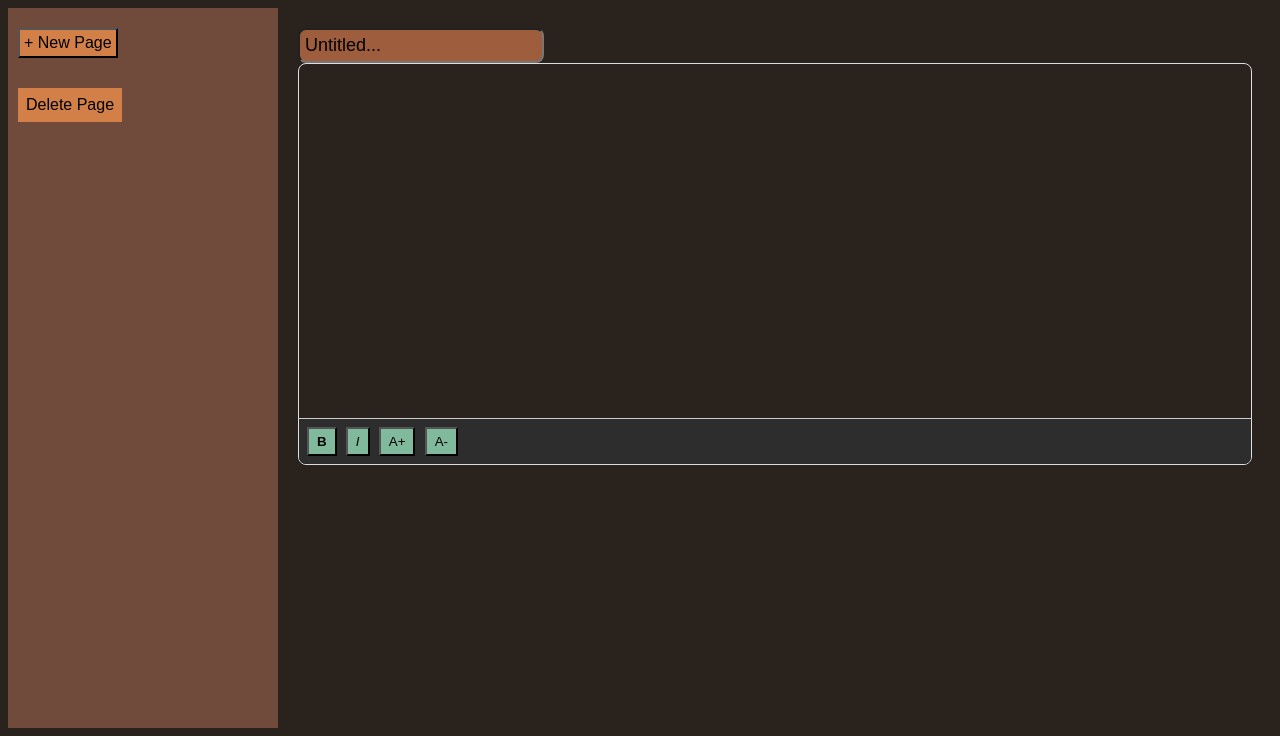
Repository: Dharshinimk-521/notes-app
Page: index.html
An editor plug-in stored every save of this project. The page is shown before and after the next save, followed by the edit.
The browser window is 1280 px wide. The pictures show the whole page.

Above is the page before, as saved 2026-04-18 23:18:46.
Console error: TypeError: Cannot read properties of null (reading 'addEventListener')

### index.html
<!DOCTYPE html>
<html lang="en">
    <head>
        <meta charset="UTF-8">
        <meta name="viewport" content="width=device-width, initial-scale=1.0">
        <title>Notes App</title>
        <link rel="stylesheet" href="style.css">
        <link rel="preconnect" href="https://fonts.googleapis.com">
        <link rel="preconnect" href="https://fonts.gstatic.com" crossorigin>
        <link href="https://fonts.googleapis.com/css2?family=Montserrat:ital,wght@0,100..900;1,100..900&display=swap" rel="stylesheet">
        <script src="app.js" defer></script>
    </head>
    <body>
    <div class="app">

        <aside class="sidebar">
        <button id="newPageBtn">+ New Page</button>
        <ul id="pageList"></ul>
        <button id="deletePageBtn"> Delete Page</button>
        </aside>

        <main class="editor">
            <input id="pageTitle" placeholder="Untitled..." />

            <div class="editor-container">


                <div class="tool-bar">
                    <button onclick="formatText('bold')"><b>B</b></button>
                    <button onclick="formatText('italic')"><i>I</i></button>
                    <button onclick="changeFontSize(1)">A+</button>
                    <button onclick="changeFontSize(-1)">A-</button>
                </div>



            </div>
        </main>

    </div>


    </body>
</html>

### style.css
body{
    font-family:'Montserrat',sans-serif;
    background-color: #29221D;
}
.app {
  margin: 0;
  display: flex;
  height: 100vh;

}

.sidebar {
  width: 250px;
  background: #704B3C;
  padding: 10px;
}

.editor {
  flex: 1;
  padding: 20px;
}

#editorArea {
  min-height: 400px;
  background-color: #F6CEA9;
  border: 1px solid #9E5E3D;
  padding: 10px;
  font-size: 16px;
}
#newPageBtn{
 background-color: #D28048;
 padding: 4px;
 margin-top: 10px;
 cursor:pointer;
 font-size: 16px;
}
#pageTitle{
    padding:5px;
    background-color: #9E5E3D;
    color: black;
    border-radius :8px;
    font-size: 18px;
}
::placeholder{
    color:black;
    opacity: 1
}
#deletePageBtn {
  margin-top: 10px;
  background: #D28048;
  color: black;
  border: none;
  padding: 8px;
  cursor: pointer;
  font-size: 16px;
  font-size: 16px;
}
#pageList{
    text-decoration: underline;
    color:white;
    cursor: pointer;
    font-size: 20px;
}

.editor-container {
  position: relative;
  border: 1px solid #ddd;
  border-radius: 8px;
  height: 400px;
  overflow: hidden;
}

#editorArea {
  height: 100%;
  padding: 10px;
  padding-bottom: 50px;
  overflow-y: auto;
  outline: none;
  box-sizing: border-box;
}

.tool-bar {
  position: absolute;
  bottom: 0;
  left: 0;
  width: 100%;
  background: #2d2d2d;
  padding: 8px;
  border-top: 1px solid #ccc;
}

.tool-bar button {
  margin-right: 5px;
  padding: 5px 8px;
  cursor: pointer;
  background-color: #80b99c;
}
.page-icon {
  width: 16px;
  height: 16px;
  margin-right: 8px;
  vertical-align: middle;
}

#pageList li {
  display: flex;
  align-items: center;
  gap: 6px;
  padding: 6px;
  cursor: pointer;
}

### app.js
// Load pages from localStorage OR use default
let pages = JSON.parse(localStorage.getItem("pages")) || [
  {
  id: "123",
  title: "My Page",
  content: "...",
  icon: "page-icon.png"
}
];

let currentPageId = null;

// Save all pages
function savePages() {
  localStorage.setItem("pages", JSON.stringify(pages));
}

// Create new page
function createPage() {
  const newPage = {
    id: Date.now().toString(),
    title: "Untitled",
    content: "",
    icon: "page-icon.png" // default icon
  };

  pages.push(newPage);
  savePages();
  renderPages();
  openPage(newPage.id);
}

// Render sidebar
function renderPages() {
  const pageList = document.getElementById("pageList");
  pageList.innerHTML = "";

  pages.forEach((page) => {
    const li = document.createElement("li");

    const img = document.createElement("img");
    img.src = "page-icon.png";
    img.className = "page-icon";

    const span = document.createElement("span");
    span.textContent = page.title;

    li.appendChild(img);
    li.appendChild(span);

    li.onclick = () => openPage(page.id);

    pageList.appendChild(li);
  });
}
// Open page
function openPage(id) {
    console.log("Opening page:", id);
  const page = pages.find(p => p.id === id);
  currentPageId = id;

  if (!page) return;

  document.getElementById("pageTitle").value = page.title;
  document.getElementById("editorArea").innerHTML = page.content;
}

// Auto save current page
function saveCurrentPage() {
  const page = pages.find(p => p.id === currentPageId);
  if (!page) return;

  page.title = document.getElementById("pageTitle").value;
  page.content = document.getElementById("editorArea").innerHTML;

  savePages();
}
//del func
function deleteCurrentPage() {
  if (!currentPageId) return;

  const confirmDelete = confirm("Delete this page?");
  if (!confirmDelete) return;

  pages = pages.filter(p => p.id !== currentPageId);

  savePages();
  renderPages();

  if (pages.length > 0) {
    openPage(pages[0].id);
  } else {
    currentPageId = null;
    document.getElementById("pageTitle").value = "";
    document.getElementById("editorArea").innerHTML = "";
  }
}
function formatText(command) {
  const editor= document.getElementById("editorArea");
  editor.focus();
  document.execCommand(command,false,null)
}
let currentFontSize = 3;
function changeFontSize(step){
  const editor= document.getElementById("editorArea");
  editor.focus();
  currentFontSize += step;
  if (currentFontSize < 1) currentFontSize = 1;
  if (currentFontSize > 7) currentFontSize = 7;

  document.execCommand("fontSize", false, currentFontSize);
}
// Event listeners
document.getElementById("newPageBtn").onclick = createPage;
document.getElementById("editorArea").addEventListener("input", saveCurrentPage);
document.getElementById("pageTitle").addEventListener("input", saveCurrentPage);
document.getElementById("deletePageBtn").onclick = deleteCurrentPage;

renderPages();

After the next save:
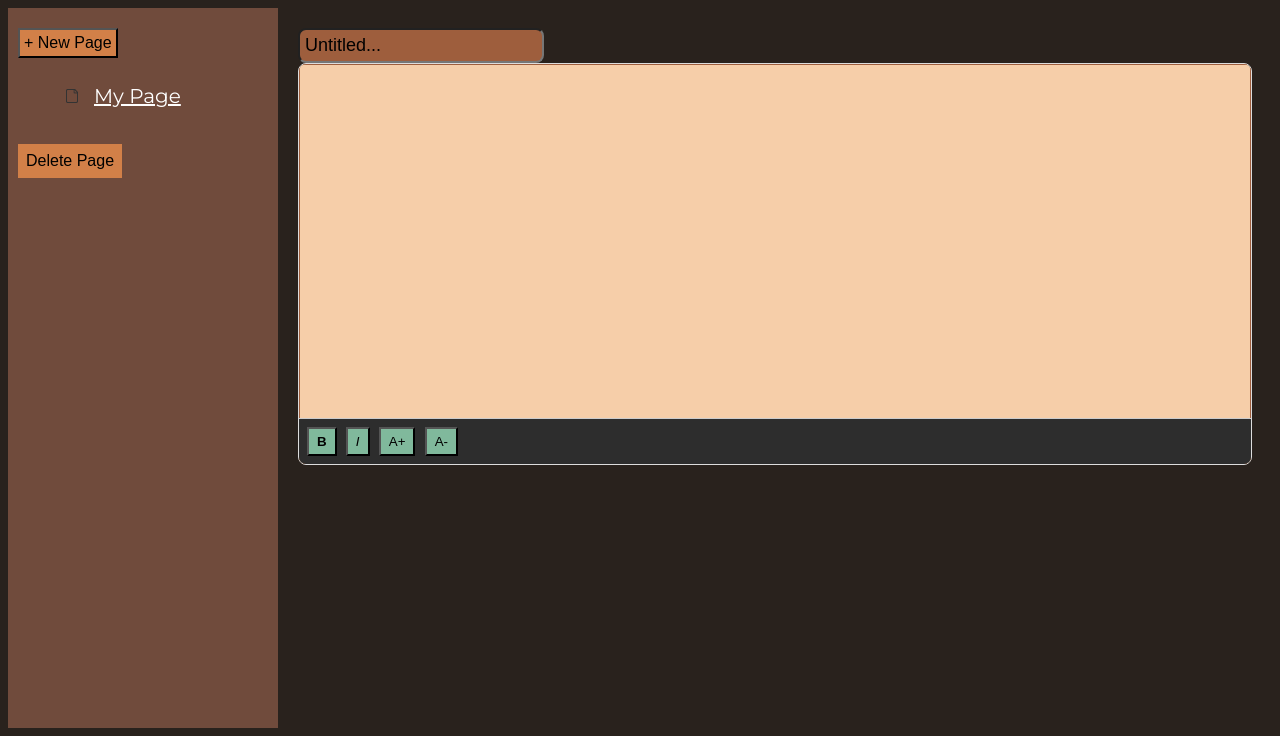
The error is gone.
Saved 47 s later.
--- a/index.html
+++ b/index.html
@@ -33,6 +33,7 @@
                 </div>
 
 
+                <div id="editorArea" contenteditable="true"></div>
 
             </div>
         </main>
